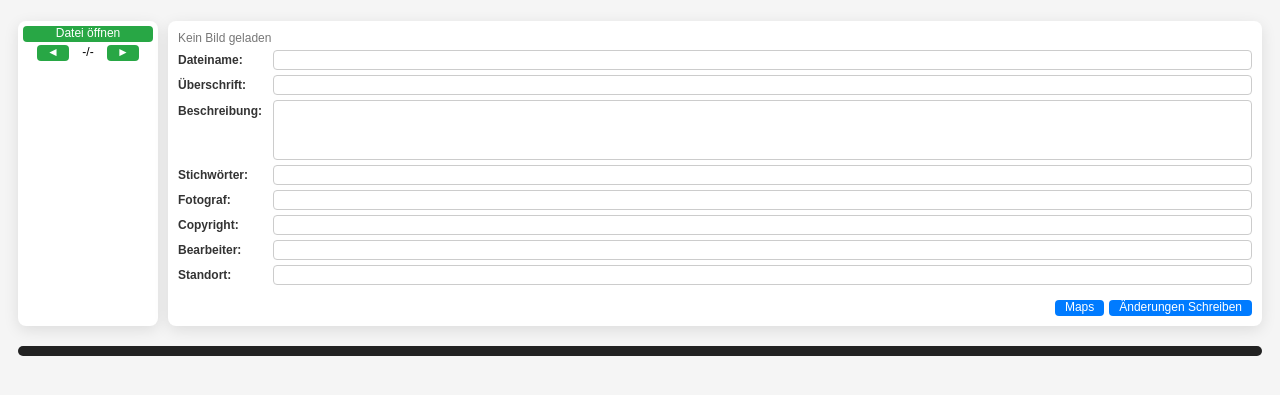
Repository: h-fahle/metadata
Page: ui/index.html
An editor plug-in stored every save of this project. The page is shown before and after the next save, followed by the edit.
The browser window is 1280 px wide. The pictures show the whole page.

Above is the page before, as saved 2026-08-18 19:46:41.

### ui/index.html
<!DOCTYPE html>
<html lang="de">

<head>
	<meta charset="UTF-8">
	<title>Tauri ExifTool Test</title>
	<script src="script.js"></script>
	<link rel="stylesheet" href="style.css">
</head>

<body>

	<div class="main-container">

		<!-- Das Vorschaubild links -->
		<div id="sidebar">

			<button id="file-open" onclick="dateiAuswählen()">Datei öffnen</button>

			<div style="margin-bottom: 5px;">
				<button onclick="blaettern(-1)">◄</button>
				<span id="img-nummer" style="margin: 0 10px;">-/-</span>
				<button onclick="blaettern(1)">►</button>
			</div>

<!-- 		<select id="menue-oeffnen" onchange="menueAktion(this)" >
				<option value="dateien">🖼️ Bilder öffnen...</option>
				<option value="ordner">📁 Ordner öffnen...</option>
			</select>
 -->
			<img id="vorschau-bild" src="" style="display:none;" />
			<div id="bild-info" style="text-align:center;">
				<span id="img-datum"></span><br>
				<span id="img-groesse"></span>
			</div>
		</div>

		<!-- Das Formular rechts -->
		<div id="mein-formular-container">

			<div id="ordner-pfad">Kein Bild geladen</div>

			<div class="tooltip" data-tooltip=
"Im Einzelmodus: Änderung des Dateinamens bewirkt
   Umbenennung der Datei.
Im Stapelmodus: Ordnername is nicht änderbar.!">
				<label for="filename">Dateiname:</label>
				<input type="text" id="filename" name="filename"/>
			</div>

			<div class="tooltip" data-tooltip=
"Auch: (Dokument-)Titel, Schlagzeile, Headline">
				<label for="caption">Überschrift:</label>
				<input type="text" id="caption" name="caption"/>
			</div>

			<div class="tooltip" data-tooltip=
"Beschreibender Text in beliebiger Länge.
(Im Stapelmodus wird der eingegebene Text
   an vorhandenen angehängt.)
Hinweis: Einige Programme zeigen nur 2.000 Zeichen
   oder auch weniger an.">
				<label for="description">Beschreibung:</label>
				<textarea id="description" name="description" style="min-height: 60px;"></textarea>
			</div>

			<div class="tooltip" data-tooltip=
"Komma-separierte Liste. Groß-/Kleinschreibung beachten.
Im Stapelmodus werden die eingegebenen Stichwörter
   an vorhandene angehängt.">
				<label for="keywords">Stichwörter:</label>
				<input type="text" id="keywords" name="keywords"/>
			</div>

			<div class="tooltip" data-tooltip=
"Urheber, Ersteller, Autor
(Tags: Artitst, Creator, By-line)">
				<label for="creator">Fotograf:</label>
				<input type="text" id="creator" name="creator"/>
			</div>

			<div class="tooltip" data-tooltip=
"Urheberrechtshinweis; enthält in der Regel:
Name des Fotografen, Aufnahmejahr und Nutzungsrechte;
(z.B. 'Copyright [1975] [Mustermann], Alle Rechte vorbehalten')">
				<label for="copyright">Copyright:</label>
				<input type="text" id="copyright" name="copyright"/>
			</div>

			<div class="tooltip" data-tooltip=
"Verfasser der Metadaten
(Tags: Caption Writer, Writer Editor)">
				<label for="editor">Bearbeiter:</label>
				<input type="text" id="editor" name="editor"/>
			</div>

			<div class="tooltip" data-tooltip=
"GPS-Koordinaten in Dezimalgrad (51.49129, 8.43317).
Ermitteln der Koordinaten in der Google Maps-Karte:
  1. mit rechter Maustaste auf den Standort klicken,
  2. auf die angezeigten Koordinaten klicken,
  3. der so gespeicherte Wert kann dann mit Strg+V
     kopiert werden.">
				<label for="position">Standort:</label>
				<input type="text" id="position" name="position"/>
			</div>

			<!-- Button-Leiste -->
			<div class="button-group" style="text-align: right; margin-top: 15px;">
				<button type="button" onclick="zeigeMaps(event)" style="background: #007BFF;">Maps</button>
				<button type="button" onclick="exifSchreiben(event)" style="background: #007BFF;">Änderungen Schreiben</button>
			</div>

		</div>
	</div> <!-- Ende des main-containers -->

	<div id="ausgabe"></div>

</body>

</html>

### ui/script.js
let aktuellerBildPfad = "";
let bilderListe = [];
let aktuellerIndex = -1;


async function dateiAuswählen() {
    try {
        const ergebnis = await window.__TAURI__.core.invoke('plugin:dialog|open', {
            options: {
                title: 'Bilddatei für ExifTool auswählen',
                directory: false,
                multiple: false,
                filters: [
                    { name: 'Bilder', extensions: ['jpg', 'jpeg', 'png', 'gif', 'tif', 'tiff', 'webp', 'avif', 'heic', 'heif'] }
                ]
            }
        });

        if (ergebnis) {
            const pfad = typeof ergebnis === 'object' ? ergebnis.path : ergebnis;
            aktuellerBildPfad = pfad;

            // Bilderliste des Ordners auslesen
            await ladeOrdnerBilder(pfad);

            // Metadaten für das aktuelle Bild einlesen
            exifAuslesen();
        }
    } catch (fehler) {
        document.getElementById("ausgabe").innerHTML = "<span style='color: red;'>Dialog-Fehler: " + fehler + "</span>";
    }
}

async function ladeOrdnerBilder(pfad) {
    try {
        bilderListe = await window.__TAURI__.core.invoke('hole_ordner_bilder', { dateipfad: pfad });
        // Finde den Index des aktuell geöffneten Bildes
        aktuellerIndex = bilderListe.indexOf(pfad);
    } catch (fehler) {
        console.error("Fehler beim Laden des Ordnerinhalts:", fehler);
        bilderListe = [pfad];
        aktuellerIndex = 0;
    }
}

function blaettern(richtung) {
    if (bilderListe.length === 0) return;

    aktuellerIndex += richtung;

    // Begrenzungen einhalten
    if (aktuellerIndex < 0) {
        aktuellerIndex = 0;
        return;
    }
    if (aktuellerIndex >= bilderListe.length) {
        aktuellerIndex = bilderListe.length - 1;
        return;
    }

    aktuellerBildPfad = bilderListe[aktuellerIndex];
    exifAuslesen();
}

async function exifAuslesen() {
    const pfad = aktuellerBildPfad;
    const ausgabe = document.getElementById("ausgabe");
    const vorschauImg = document.getElementById("vorschau-bild");

    ausgabe.innerText = "Rufe ExifTool auf...";

    try {
        // 1. Metadaten über Rust holen
        const jsonText = await window.__TAURI__.core.invoke('lese_bild_metdaten', { dateipfad: pfad });
        const datenObjekt = JSON.parse(jsonText)[0]; 	// Das 1. JSON-Objekt im JSON-Array in JS-Objekt umwandeln

        if (bilderListe.length > 0) {
            document.getElementById('img-nummer').innerText = `${aktuellerIndex + 1}/${bilderListe.length}`;
        } else {
            document.getElementById('img-nummer').innerText = '0/0';
        }

        let datum = datenObjekt.DateTimeOriginal;
        if (typeof datum === 'undefined') {
            datum = '(unbekannt)';
        }
        document.getElementById('img-datum').innerText = '\u{1F4F7} ' + datum || '';
        document.getElementById('img-groesse').innerText = '⤢ ' + datenObjekt.ImageSize || '';

        document.getElementById('filename').value = datenObjekt.FileName || '';
        document.getElementById('caption').value = datenObjekt.CMB_Caption || '';
        document.getElementById('description').value = datenObjekt.Description || '';
        document.getElementById('keywords').value = datenObjekt.Keywords || '';
        document.getElementById('creator').value = datenObjekt.Creator || '';
        document.getElementById('copyright').value = datenObjekt.Copyright || '';
        document.getElementById('editor').value = datenObjekt.CMB_Editor || '';
        document.getElementById('position').value = datenObjekt.GPSPosition || '';

        const vollerPfad = pfad;
        // Erkennt automatisch Linux-Schrägstriche (/) und Windows-Backslashes (\)
        const letzterSlash = Math.max(vollerPfad.lastIndexOf('/'), vollerPfad.lastIndexOf('\\'));
        let ordner = "Unbekannt";
        if (letzterSlash !== -1) {
            ordner = vollerPfad.substring(0, letzterSlash);
        }
        // Den berechneten Ordnerpfad in das neue Label schreiben
        document.getElementById('ordner-pfad').innerText = ordner;

        // Wir nehmen das erste Element der Liste (ExifTool liefert immer ein Array)
        // und stellen es schön formatiert im Browser dar
        // ausgabe.innerText = JSON.stringify(datenObjekt[0], null, 2);
        ausgabe.innerText = jsonText;

        // Wir fragen Rust nach dem besten Weg für das Bild
        const vorschauErgebnis = await window.__TAURI__.core.invoke('hole_vorschaubild', { dateipfad: pfad });

        if (vorschauErgebnis === "STANDARD") {
            // Normales JPG/PNG über das Asset-Protokoll
            const assetUrl = window.__TAURI__.core.convertFileSrc(pfad);
            vorschauImg.src = assetUrl + "?t=" + new Date().getTime();
        } else if (vorschauErgebnis.startsWith("data:[embedded picture, 23 characters]")) {
            // TIF/TIFF über den im RAM kompilierten Rust-Wandler
            vorschauImg.src = vorschauErgebnis;
        }

        vorschauImg.style.display = "block";

    } catch (fehler) {
        ausgabe.innerHTML = "<span style='color: red;'>Fehler: " + fehler + "</span>";
        vorschauImg.style.display = "none";
        infoText.innerText = "Fehler beim Laden";
    }
}

async function zeigeMaps(event) {
    event.preventDefault()
    let gps = document.getElementById('position').value;

    try {
        // Ruft direkt unsere eigene, sichere Rust-Funktion auf
        await window.__TAURI__.core.invoke('oeffne_maps_browser', {
            gpsString: gps
        });
    } catch (fehler) {
        console.error("Fehler:", fehler);
    }
}

async function exifSchreiben(ereignis) {
    if (ereignis) ereignis.preventDefault();  // verbietet dem Browser den automatischen Seiten-Reset!

    const pfad = aktuellerBildPfad;
    const ausgabe = document.getElementById("ausgabe");

    ausgabe.innerText = "Speichere Daten über ExifTool...";

    // Wir sammeln alle aktuellen Werte aus den Eingabefeldern ein
    const daten = {
        dateipfad: pfad,
        filename: document.getElementById('filename').value,
        caption: document.getElementById('caption').value,
        description: document.getElementById('description').value,
        keywords: document.getElementById('keywords').value.split(',').map(s => s.trim()).join(', '),
        creator: document.getElementById('creator').value,
        copyright: document.getElementById('copyright').value,
        editor: document.getElementById('editor').value,
        gps: document.getElementById('position').value
    };

    try {
        // Wir schicken das gesamte Paket an die Rust-Funktion 'schreibe_bild_metdaten'
        const antwort = await window.__TAURI__.core.invoke('schreibe_bild_metdaten', daten);

        // Bei Erfolg zeigen wir die Meldung in grüner Schrift an
        ausgabe.innerHTML = "<span style='color: #00ff00;'>" + antwort + "</span>";

        // 2. Da der Pfad dank preventDefault() jetzt bombenfest im Feld stehen bleibt,
        // funktioniert das Neuladen nun augenblicklich und fehlerfrei!
        await exifAuslesen();

    } catch (fehler) {
        // Falls etwas schiefgeht (z.B. Datei schreibgeschützt), zeigen wir den Fehler an
        ausgabe.innerHTML = "<span style='color: red;'>Fehler beim Speichern: " + fehler + "</span>";
    }
}

### ui/style.css
body {
	font-family: sans-serif;
	font-size: 12px;
	padding: 3px 10px;
	background: #f5f5f5;
}

button {
	padding: 0px 10px 2px 10px;
	font-size: 12px;
	cursor: pointer;
	background: #28a745;
	color: white;
	border: none;
	border-radius: 4px;
}
button#file-open {
	width: 130px;
	margin-bottom: 3px;
}

/* Der Absendeknopf richtet sich nach den Eingabefeldern aus */
.button-group {
	display: flex;
	justify-content: flex-end;
}
.button-group button {
	margin-left: 5px;
}

select {
	-moz-appearance: none;
	-webkit-appearance: none;
	appearance: none;
	border: none;
	border-radius: 4px;
	background: #28a745;
	color: white;
	width: 120px;
}

#ausgabe {
	margin-top: 20px;
	background: #222;
	color: #00ff00;
	padding: 5px;
	border-radius: 5px;
	font-family: monospace;
	white-space: pre-wrap;
	overflow-x: auto;
}

input#bildpfad {
	width: 350px;
}

/* Der neue Haupt-Container für die Nebeneinander-Ausrichtung */
.main-container {
	margin-top: 10px;
	display: flex;
	flex-direction: row;
	/* Elemente nebeneinander */
	gap: 10px;
	/* Abstand zwischen Bild und Formular */
	width: 100%;
	box-sizing: border-box;
}

/* Styling für den Bild-Bereich */
#sidebar {
	width: 130px;
	min-width: 130px;
	display: flex;
	flex-direction: column;
	align-items: center;
	justify-content: flex-start;
	padding: 5px;
	background-color: #ffffff;
	border-radius: 8px;
	box-shadow: 0 4px 15px rgba(0, 0, 0, 0.1);
}

#vorschau-bild {
	width: 130px;
	height: auto;
	border: 1px outset gray;
}

/* Container des Formulars */
#mein-formular-container {
	flex-grow: 1;
	margin: 0;
	padding: 5px 10px;
	background-color: #ffffff;
	border-radius: 8px;
	box-shadow: 0 4px 15px rgba(0, 0, 0, 0.1);
	font-family: Arial, sans-serif;
}

#mein-formular-container div {
	display: flex;
	align-items: center;
	margin: 6px 0;
	/* Geringer Zeilenabstand */
	width: 100%;
	margin-top: 5px;
	/* Kleiner Abstand nach oben */
	margin-bottom: 5px;
	/* Kleiner Abstand nach unten */
}

label[for="description"] {
	align-self: flex-start;
	/* DIESE ZEILE IST DIE RETTUNG: Richtet NUR dieses Label oben aus! */
	margin-top: 4px;
	/* Feinjustierung, damit es perfekt auf der Linie der ersten Textzeile liegt */
}

#ordner-pfad {
	margin-left: 97px;
	margin-bottom: 2px;
	color: #777777;
	font-size: 12px;
	font-family: Arial, sans-serif;
}

/* Feste Breite für die Labels + Linksbündig */
label {
	display: inline-block;
	width: 95px;
	text-align: left;
	font-weight: bold;
	color: #333333;
	flex-shrink: 0;
	/* Verhindert, dass der Text zusammengedrückt wird */
}

/* Eingabefelder füllen den restlichen Platz der Zeile aus */
input[type="text"],
textarea {
	flex-grow: 1;
	/* Alle Felder starten exakt an der gleichen Linie */
	width: 100%;
	min-width: 0;
	padding: 2px;
	border: 1px solid #cccccc;
	border-radius: 4px;
	box-sizing: border-box;
	font-size: 12px;
}

textarea {
	/* DIESE BEIDEN ZEILEN LÖSEN DAS LINUX-PROBLEM ENDGÜLTIG: */
	field-sizing: content;
	/* Die Box wächst automatisch zeilenweise mit! */
	overflow: hidden;
	/* Schaltet Scrollbalken und damit den Bug komplett ab */
	resize: none;
	/* Der Nutzer muss nicht mehr manuell ziehen */
}

/* Aktives Feld bei Klick */
input:focus,
textarea:focus {
	border-color: #007BFF;
	outline: none;
	box-shadow: 0 0 5px rgba(0, 123, 255, 0.5);
}

.tooltipx {
	position: relative;
	z-index: 1;
}

/* Tooltip-Box beim Hover anzeigen */
.tooltipx:hover::after {
	z-index: 999;
	content: attr(data-tooltip);
	position: absolute;
	bottom: -130%;
	/* unterhalb */
	left: 50%;
	/* nach rechts versetzt */
	transform: translateX(-50%);
	background-color: lightyellow;
	color: black;
	padding: 5px 10px;
	border: 1px solid gray;
	border-radius: 4px;
	white-space: pre;
	width: max-content;
	font-size: 10px;
}

.tooltip {
	position: relative;
	display: block;
	margin-bottom: 15px;
	/* Wichtig: Standard-Ebene für alle Zeilen */
	z-index: 1;
}

.tooltip:focus-within {
	z-index: 10;
}

/* Wenn die Maus drüber ist oder getippt wird, MUSS diese Zeile über allen anderen liegen */
.tooltip:hover,
.tooltip:has(input:focus) {
	z-index: 9999 !important;
}

.tooltip:hover {
	z-index: 99999 !important;
}

/* Der Tooltip selbst */
.tooltip:hover::after {
	content: attr(data-tooltip);
	position: absolute;

	/* Vertikale Positionierung (unten) */
	top: 50%;
	margin-top: 8px;
	bottom: auto;

	/* Horizontale Positionierung (an deiner Label-Breite) */
	left: 105px;
	/* Hier wieder deine Label-Breite eintragen */
	right: auto;
	transform: none;

	/* Styling & Farben */
	background-color: #333333;
	color: #ffffff;
	padding: 2px 4px;
	background-color: lightyellow;
	color: black;
	border: 1px solid gray;
	border-radius: 4px;
	font-size: 11px;
	line-height: 1.4;

	/* Dynamische Breite */
	white-space: pre;
	width: max-content;

	/* DIE RETTUNG FÜR DEN Z-INDEX: */
	z-index: 100000;
	pointer-events: none;
	/* Verhindert, dass der Tooltip Maus-Klicks oder Hovers abfängt */
}

After the next save:
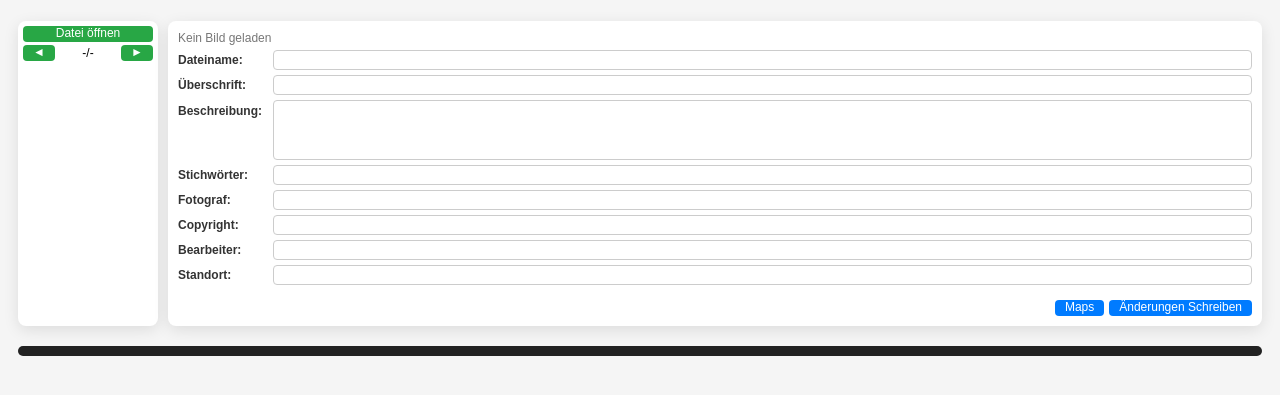
Saved 4 min 53 s later.
--- a/ui/index.html
+++ b/ui/index.html
@@ -17,9 +17,9 @@
 
 			<button id="file-open" onclick="dateiAuswählen()">Datei öffnen</button>
 
-			<div style="margin-bottom: 5px;">
+			<div style="width: 130px; display: flex; justify-content: space-between; align-items: center; margin-bottom: 5px;">
 				<button onclick="blaettern(-1)">◄</button>
-				<span id="img-nummer" style="margin: 0 10px;">-/-</span>
+				<span id="img-nummer">-/-</span>
 				<button onclick="blaettern(1)">►</button>
 			</div>
 
